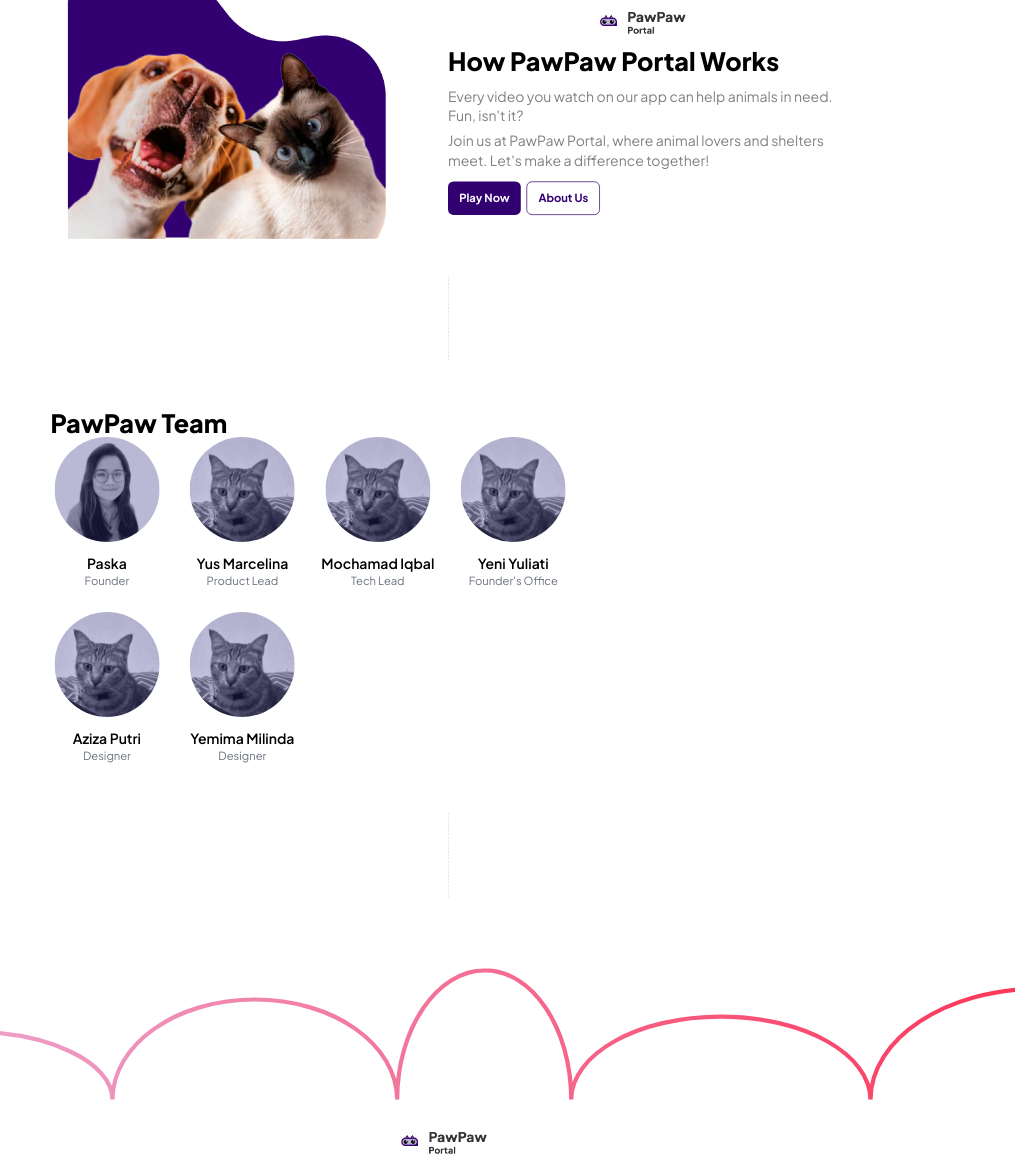
Repository: paskasiregar/pawpawwebsite
Page: /
These files come from the project's save history. The page is drawn as it stood at one moment and after the next save; the edit follows.
The browser window is 1280 px wide. The page is 1450 px wide, so the pictures cover 1450 px, including what lies to the right of the window. The pictures show the part of the page from y = 1183 to 2863 px (the page is 3960 px tall), at 70% of full size.
The project was rebuilt for these pictures with package versions that can differ from the ones it lists, and the page was loaded fresh each time. The framework's server and built-in components were replaced by stand-ins that run in the browser. Also part of the build but not shown: next.config.js, next.config.mjs.

Above is the page before, as saved 2024-09-06 11:34:34.

After the next save:
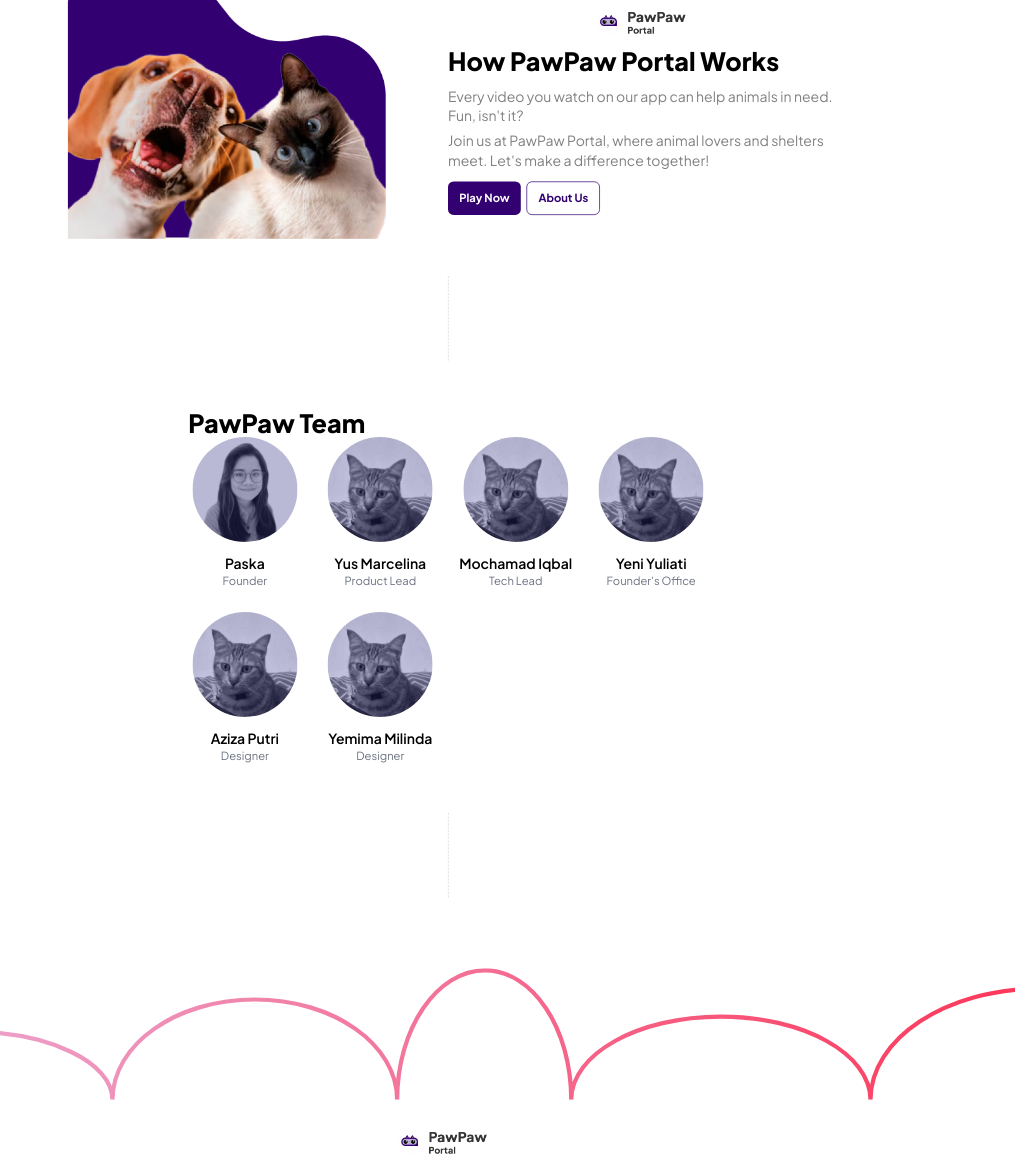
Saved 21 s later.
--- a/src/app/page.js
+++ b/src/app/page.js
@@ -135,7 +135,7 @@ export default async function Home() {
           <div className="self-stretch bg-white flex flex-col md:flex-row">
             <div
               id="team"
-              className="flex-1 flex flex-col items-center md:items-start justify-center gap-4 z-[1] p-4 md:p-8"
+              className="flex-1 flex flex-col items-center md:items-center justify-center gap-4 z-[1] p-4 md:p-8"
             >
               <div className="space-y-4">
                 <div className="flex flex-col items-center md:items-start">
